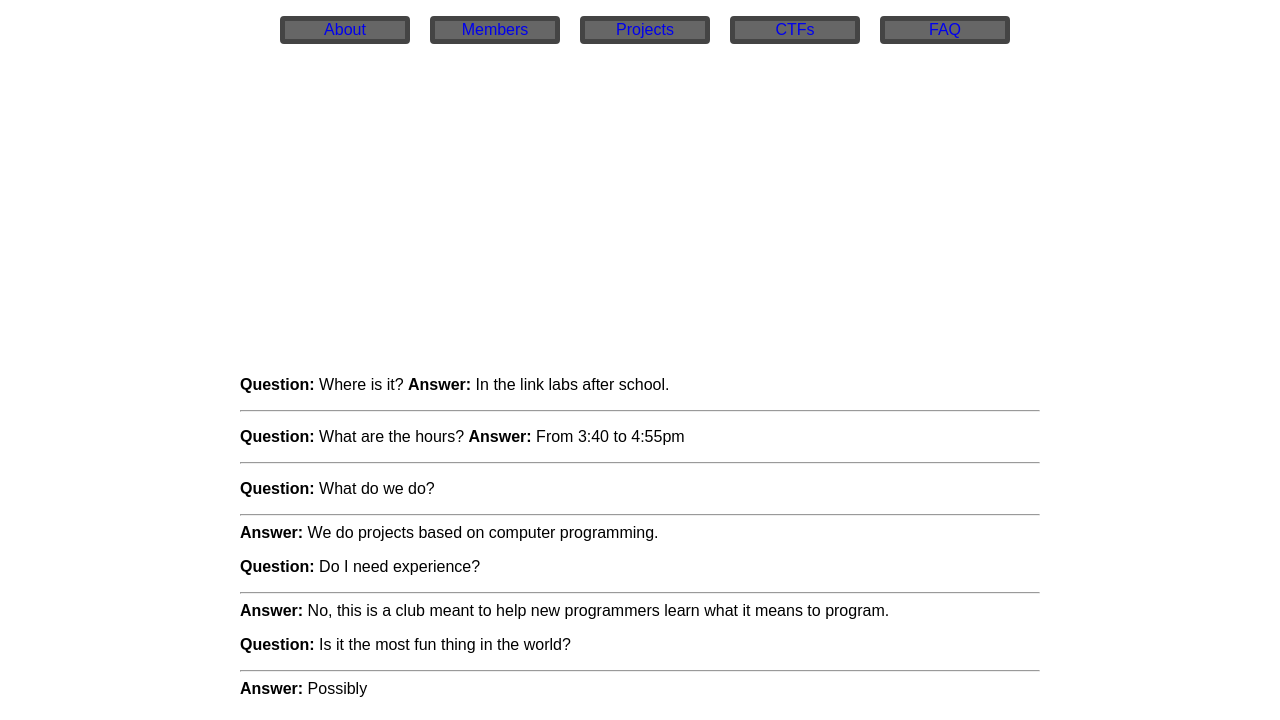
Repository: MrGSHS/mrgshs.github.io
Page: faq.html
The author's editor kept a record of every edit. The page is drawn from the files as they stood at one moment, then again after the next edit.
The browser window is 1280 px wide. The pictures show the whole page.

Above is the page before.

### faq.html
<html>
<head>
<title>FAQ</title>
<style type="text/css">
			li{
      float:left;
      width:120px;
      margin-left:20px;
      background-color: #666;
      text-align:center;
      border: 5px solid #444;
      border-radius: 4px;
    }
    	li:hover
    {
      background-color: #AAA;
      text-align: center;
    }	ul
    {
      list-style-type:none;
    }
    #main
    {
    margin: 0 auto;
    }
    #container
    {
      overflow: hidden;
      margin-left: auto;
      margin-right: auto;
      height: 50%;
    }
    #content {
    background-color: white;
    border: 5px solid #444;
    border-radius: 2px;
    text-align: center;
    }
	body{
		/*background-image:url('http://i.imgur.com/CmUiqXS.png'); */
		width:800px;
		margin: 0 auto;
		font-family: Ubuntu, sans-serif;

	}
	#main p a:visited {color:#0000EF;}
	/*  background image: http://i.imgur.com/tOhSKim.png
		header image: http://i.imgur.com/jGmHpjE.png */
	</style>
</head>
<body>
	<div id="header">
	<!--	<a href="index.html">
			<img src="http://i.imgur.com/jGmHpjE.png" width = 800px />
		</a> -->
			  <div id="container">
    			<ul>
      				<a href="about.html"><li style="margin-left:0px;">About</li></a>
				    <a href="members.html"><li>Members</li></a>
				    <a href="proj.html"><li>Projects</li></a>
				    <a href="ctf.html"><li>CTFs</li></a>
			  	    <a href="faq.html"><li>FAQ</li></a>
   				 </ul>
   			</div>
	</div>
<p><b>Question:</b>
    Where is it?

    <b>Answer:</b>
    In the link labs after school.
</p><hr/>
<p><b>Question:</b>
    What are the hours?

    <b>Answer:</b>
    From 3:40 to 4:55pm
</p><hr/>
<p>
    <b>Question:</b>
    What do we do?
<hr/>
    <b>Answer:</b>
    We do projects based on computer programming.
</p>
<p>
    <b>Question:</b>
    Do I need experience?
<hr/>
    <b>Answer:</b>
    No, this is a club meant to help new programmers learn what it means to program.
</p>
<p>
    <b>Question:</b>
    Is it the most fun thing in the world?
<hr/>
    <b>Answer:</b>
    Possibly
</p>
</body>
</html>

After the next edit:
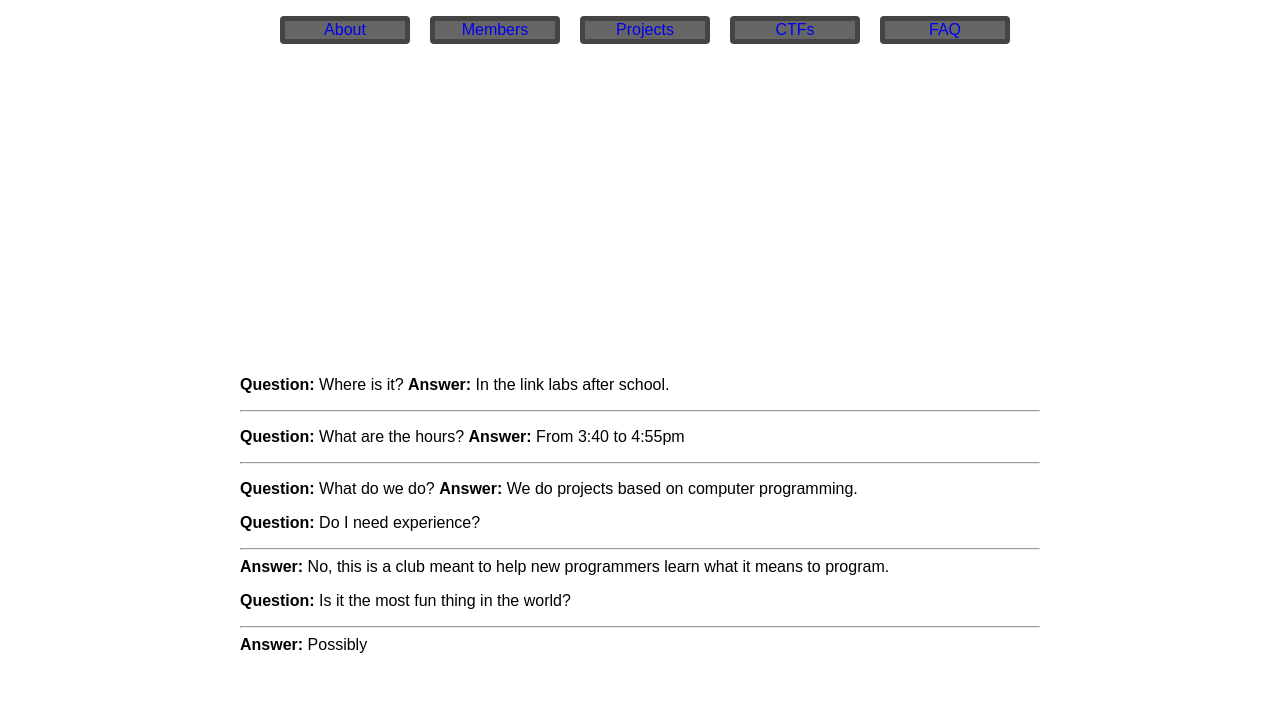
The edit:
--- a/faq.html
+++ b/faq.html
@@ -78,7 +78,7 @@
 <p>
     <b>Question:</b>
     What do we do?
-<hr/>
+
     <b>Answer:</b>
     We do projects based on computer programming.
 </p>
